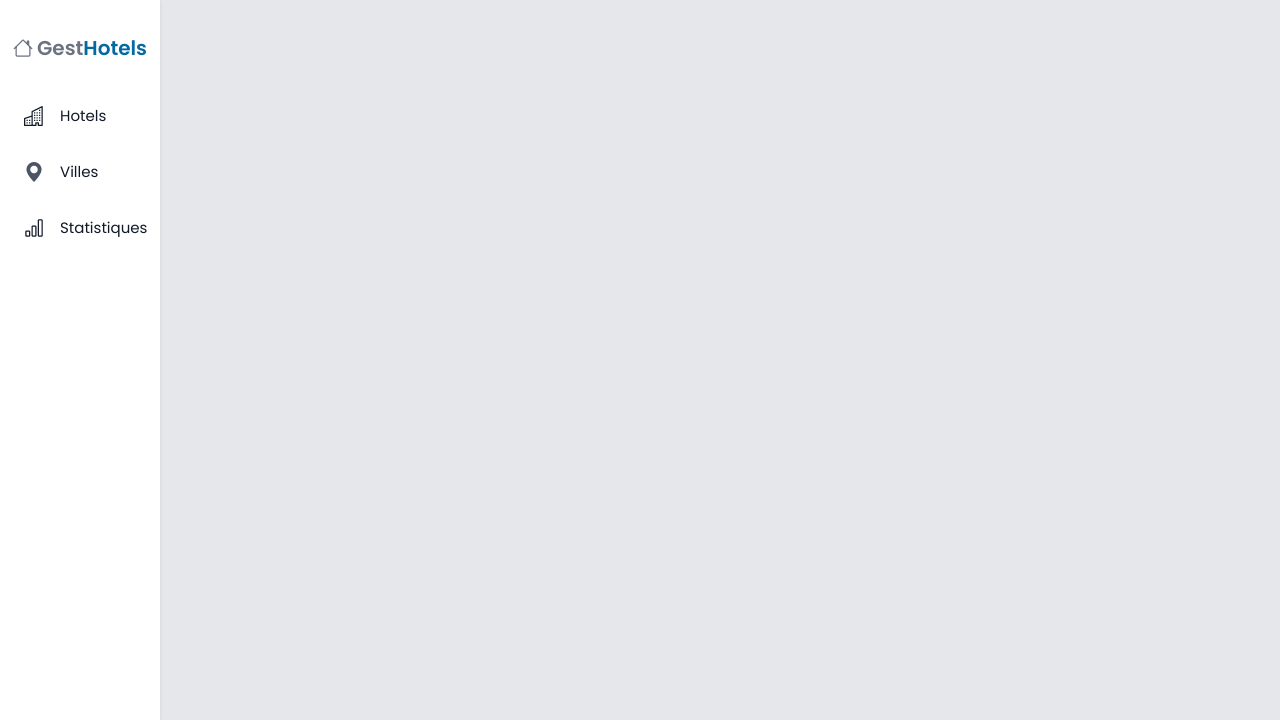
Repository: yahyamourid/GestHotelsEJB
Page: http://localhost/ISICEJBWeb/sidBar.jsp
The author's editor kept a copy of each file at every save. The page is drawn from the files as they stood at one save, then again after the next save.
The browser window is 1280 px wide. The pictures show the whole page.
Some web libraries are served in a nearby version. The page is served by Tomcat 10. Nobody is signed in. The application's start-up code is not run.

Above is the page before, as saved 2023-12-01 15:59:18.
Console error: TypeError: Cannot read properties of null (reading 'classList')

After the next save:
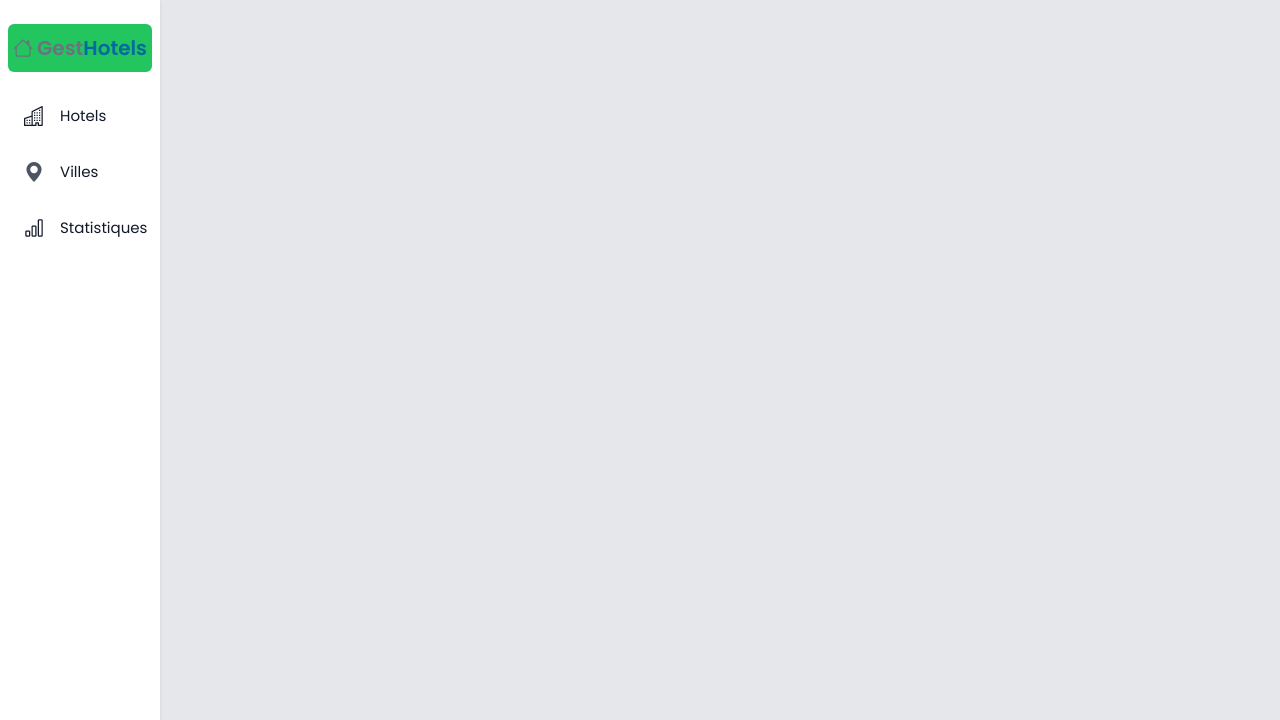
Saved 33 s later.
--- a/ISICEJBWeb/src/main/webapp/sidBar.jsp
+++ b/ISICEJBWeb/src/main/webapp/sidBar.jsp
@@ -38,7 +38,7 @@
 
 
             <div class=" text-xl">
-                <div class="p-2.5 mt-1 flex justify-center items-center rounded-md mb-5 ">
+                <div class="p-2.5 mt-1 flex justify-center items-center rounded-md mb-5 bg-green-500 ">
                     <i class="bi bi-house text-gray-500"></i>
                     <h1 class="ml-1 text-xl text-sky-700 font-semibold"><span class="text-gray-500">Gest</span>Hotels</h1>
                 </div>
